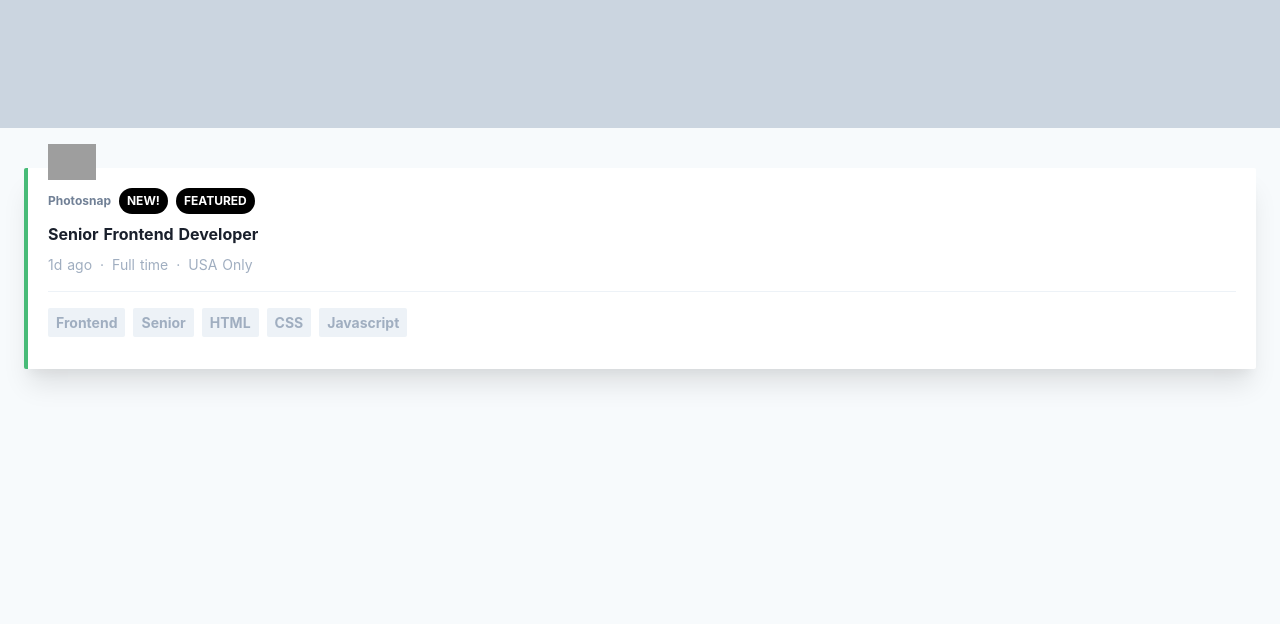
Repository: asongdon/frontendmentor-joblisting
Page: /
An editor plug-in stored every save of this project. The page is shown before and after the next save, followed by the edit.
The browser window is 1280 px wide. The pictures show the whole page.
Pictures or frames that could not be fetched are drawn as grey boxes. The project was rebuilt for these pictures with package versions that can differ from the ones it lists, and the page was loaded fresh each time. The framework's server and built-in components were replaced by stand-ins that run in the browser. Also part of the build but not shown: nuxt.config.js.

Above is the page before, as saved 2020-04-12 21:02:37.

After the next save:
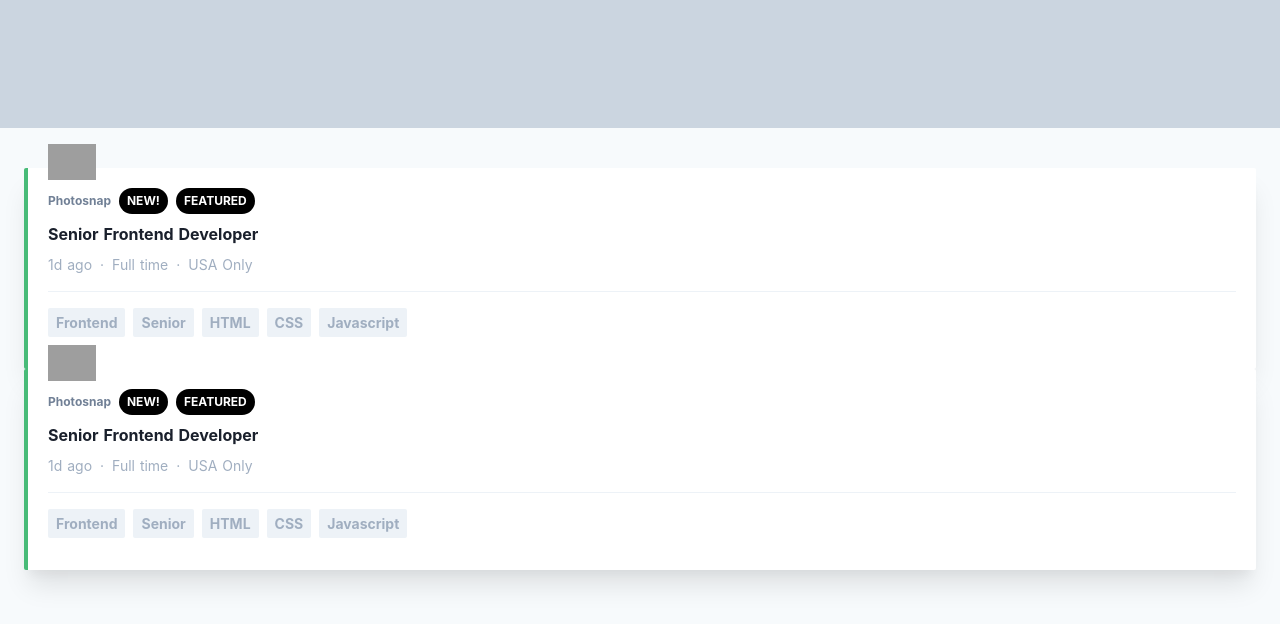
Saved 27 s later.
--- a/pages/index.vue
+++ b/pages/index.vue
@@ -1,5 +1,6 @@
 <template>
   <div class="container py-10 px-6">
+    <Maincard/>
     <Maincard/>
   </div>
 </template>
